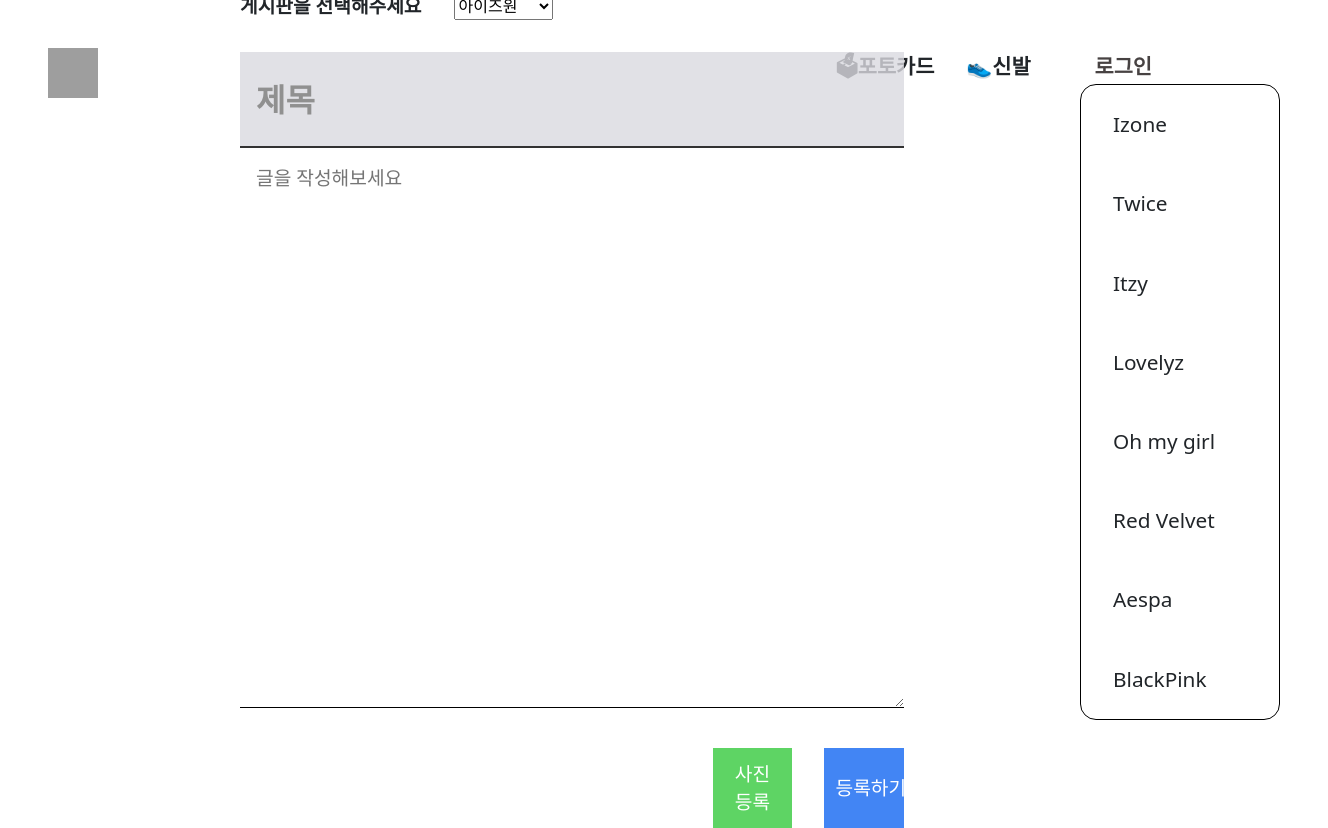
Repository: hwangstar156/goods-trader
Page: /write
These files come from the project's save history. The page is drawn as it stood at one moment and after the next save; the edit follows.
The browser window is 1280 px wide. The page is 1328 px wide, so the pictures cover 1328 px, including what lies to the right of the window. The pictures show the whole page.
Pictures or frames that could not be fetched are drawn as grey boxes. Some web libraries are served in a nearby version. The project was rebuilt for these pictures with package versions that can differ from the ones it lists, and the page was loaded fresh each time. Also part of the build but not shown: src/App.css, src/component/sign-up/sign-up.component.jsx, src/component/sign-in/sign-in.styles.scss, src/component/sign-in/sign-in.component.jsx, src/component/with-spinner/withSpinner.styles.scss, src/component/with-spinner/withSpinner.component.jsx, src/pages/userprofile/userprofile.styles.scss, src/pages/userprofile/userprofile.pages.jsx and 6 more.

Above is the page before, as saved 2021-09-05 20:40:25.

After the next save:
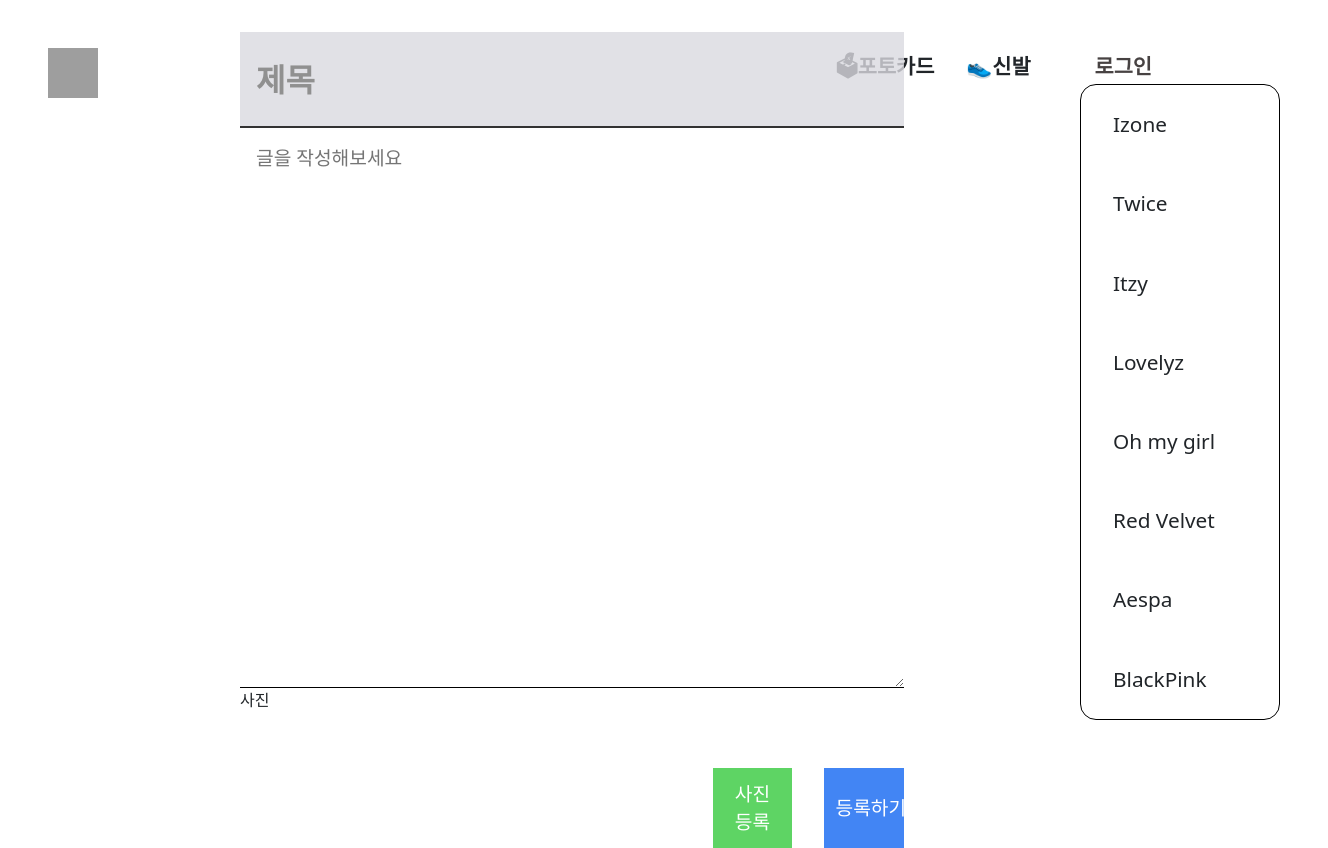
Saved 34 s later.
--- a/src/pages/write/write.pages.jsx
+++ b/src/pages/write/write.pages.jsx
@@ -134,6 +134,7 @@ const WritePage = () => {
           ref={inputRef}
         />
         <div className="image-preview">
+          <p>사진</p>
           <img src={thumbnailUrl} alt="" ref={imgRef} />
         </div>
         <footer className="footer-element">
